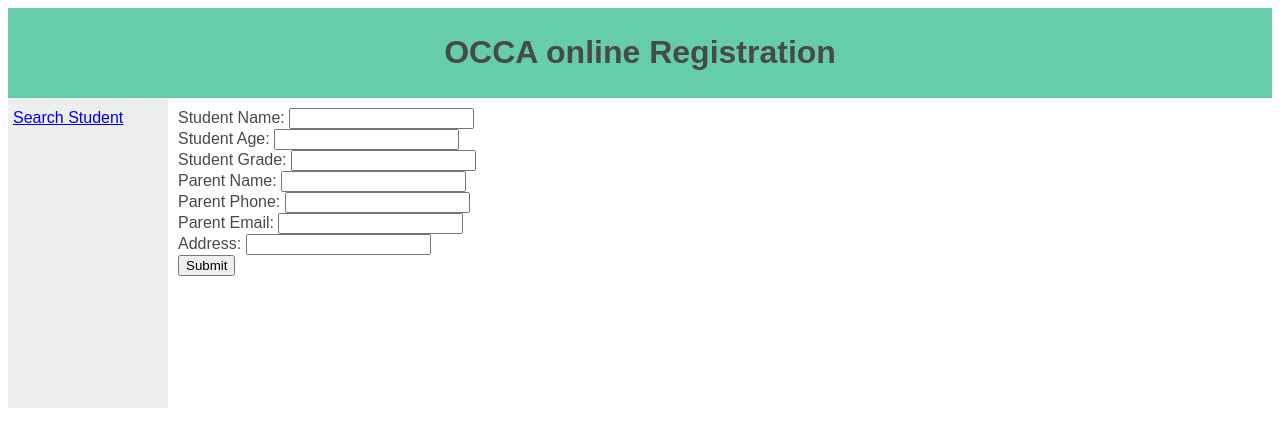
Repository: dreamxia329/TechExercise4830
Page: T3-0325-xia/T3-webProject-Xia/WebContent/addStudent.html
The author's editor kept a copy of each file at every save. The page is drawn from the files as they stood at one save, then again after the next save.
The browser window is 1280 px wide. The pictures show the whole page.

Above is the page before, as saved 2022-03-31 17:42:41.

After the next save:
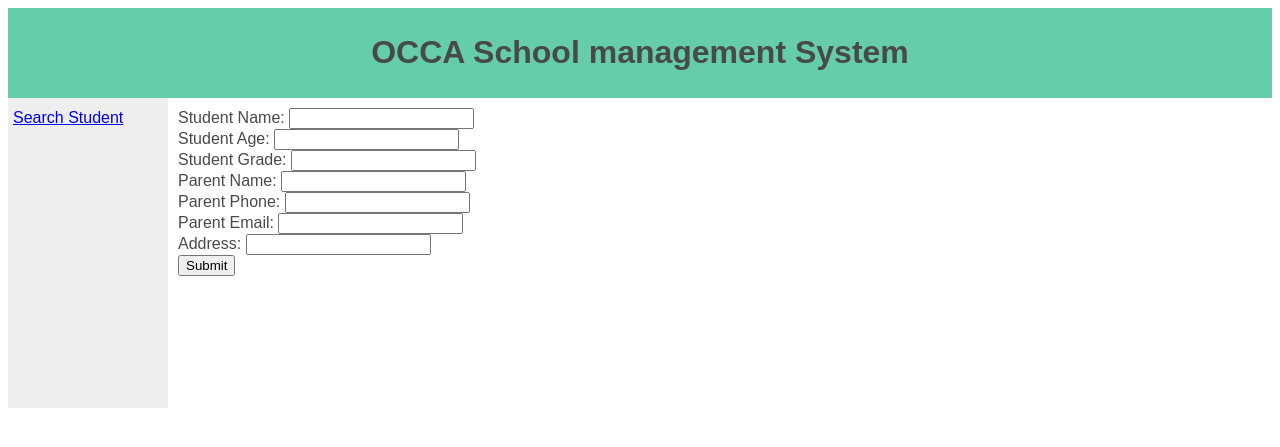
Saved 21 s later.
--- a/T3-0325-xia/T3-webProject-Xia/WebContent/addStudent.html
+++ b/T3-0325-xia/T3-webProject-Xia/WebContent/addStudent.html
@@ -38,7 +38,7 @@ footer {
 
 <body>
 <header>
-<h1> OCCA online Registration </h1>
+<h1> OCCA School management System </h1>
 </header>
 
 <nav>
